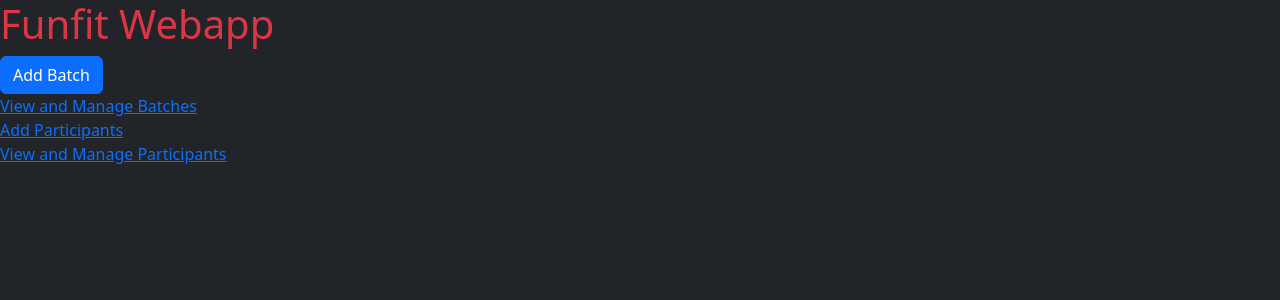
Repository: Jannis-Buschhaus/simplilearn-assessment-phase2
Page: http://localhost/FunfitWebapp/
These files come from the project's save history. The page is drawn as it stood at one moment and after the next save; the edit follows.
The browser window is 1280 px wide. The pictures show the whole page.
The page is served by Tomcat 9.

Above is the page before, as saved 2024-05-30 14:16:48.

After the next save:
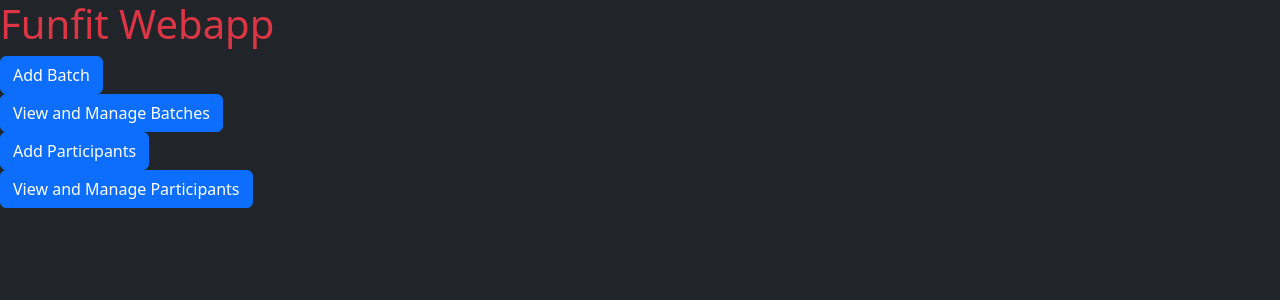
Saved 16 s later.
--- a/FunfitWebapp/src/main/webapp/index.jsp
+++ b/FunfitWebapp/src/main/webapp/index.jsp
@@ -11,8 +11,8 @@
 <body class="bg-dark">
 	<h1 class="text-danger">Funfit Webapp</h1>
 	<a class="btn btn-primary" href="addBatch.jsp">Add Batch</a><br />
-	<a href="BatchController">View and Manage Batches</a><br />
-	<a href="ParticipantsController?target=addParticipant">Add Participants</a><br />
-	<a href="ParticipantsController?target=viewParticipant">View and Manage Participants</a><br />
+	<a class="btn btn-primary" href="BatchController">View and Manage Batches</a><br />
+	<a class="btn btn-primary" href="ParticipantsController?target=addParticipant">Add Participants</a><br />
+	<a class="btn btn-primary" href="ParticipantsController?target=viewParticipant">View and Manage Participants</a><br />
 </body>
 </html>
